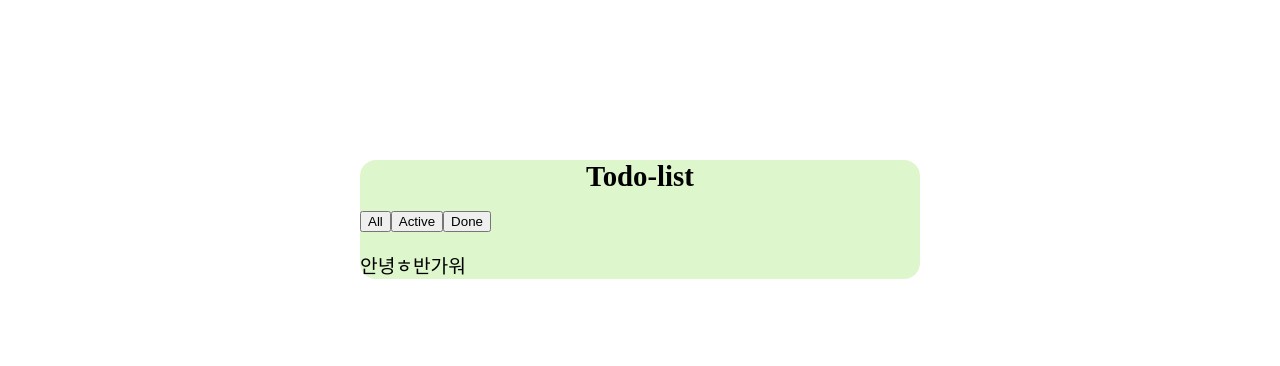
Repository: Yugayoung/todoList
Page: /
The author's editor kept a copy of each file at every save. The page is drawn from the files as they stood at one save, then again after the next save.
The browser window is 1280 px wide. The pictures show the whole page.
Some web fonts or font styles are not loaded; a fallback is used. The project was rebuilt for these pictures with package versions that can differ from the ones it lists, and the page was loaded fresh each time. Also part of the build but not shown: src/App.css.

Above is the page before, as saved 2024-03-21 01:05:23.

### src/index.css
@font-face {
  font-family: 'IM_Hyemin-Bold';
  src: url('./fonts/IM_Hyemin-Regular.otf') format('opentype');
  font-weight: normal;
  font-style: normal;
}

body {
  margin: 0;
  font-family: 'IM_Hyemin-Bold';
  -webkit-font-smoothing: antialiased;
  -moz-osx-font-smoothing: grayscale;
  width: 100vw;
  height: 100vh;
  display: flex;
  justify-content: center;
  align-items: center;
  font-size: 1.2rem;
}

code {
  font-family: source-code-pro, Menlo, Monaco, Consolas, 'Courier New',
    monospace;
}
#root {
  width: 100%;
  height: 60%;
  max-width: 35rem;
}

### src/App.js
import './App.css';
import Todo from './pages/Todo';

function App() {
  return (
    <>
      <Todo />
    </>
  );
}

export default App;

### src/pages/todo.jsx
import React from 'react';
import styled from 'styled-components';

const Title = styled.h2`
  text-align: center;
  font-weight: bold;
  margin: 1rem;
`;

const TodoList = styled.section`
  background-color: #def6cc;
  border-radius: 1rem;
`;

export default function Todo() {
  return (
    <>
      <TodoList>
        {/* 할일 state */}
        <Title>Todo-list</Title>
        <div>
          <button>All</button>
          <button>Active</button>
          <button>Done</button>
          <p>안녕ㅎ반가워</p>
        </div>
        {/* addTodoList */}
        {/* 할일 입력 */}
      </TodoList>
    </>
  );
}

Loaded but not shown: public/index.html (common file); src/index.js (common file); src/reportWebVitals.js (common file)

After the next save:
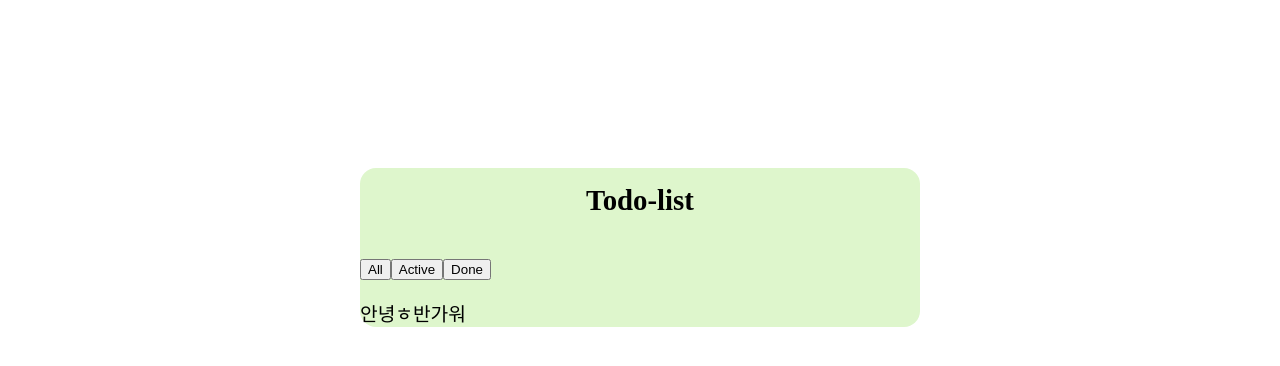
Saved 4 s later.
--- a/src/pages/todo.jsx
+++ b/src/pages/todo.jsx
@@ -4,7 +4,7 @@ import styled from 'styled-components';
 const Title = styled.h2`
   text-align: center;
   font-weight: bold;
-  margin: 1rem;
+  padding: 1rem;
 `;
 
 const TodoList = styled.section`
